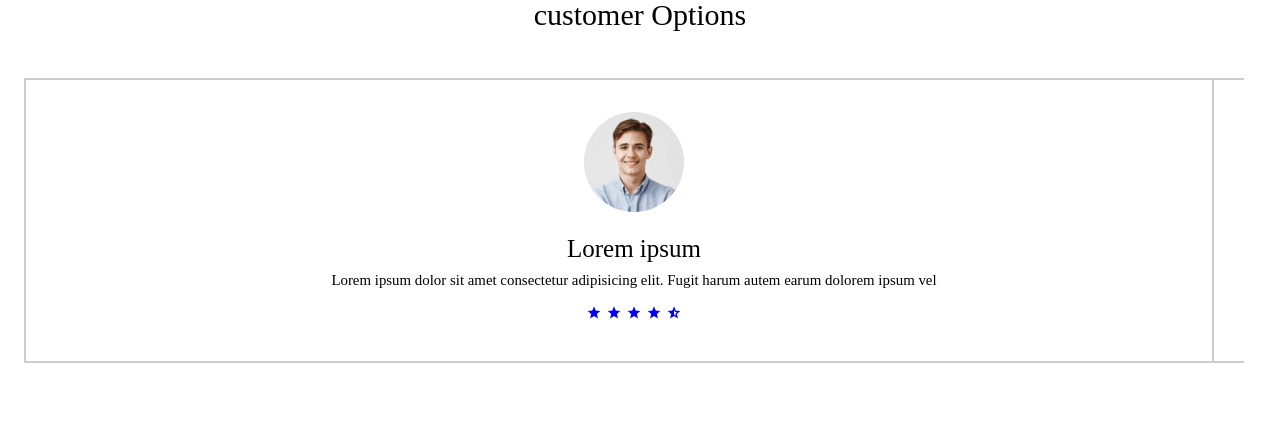
Repository: dinhhaidh/slider-3
Page: index.html
These files come from the project's save history. The page is drawn as it stood at one moment and after a run of saves; the edit follows.
The browser window is 1280 px wide. The pictures show the whole page.

Above is the page before, as saved 2024-03-22 21:16:55.

### index.html
<!DOCTYPE html>
<html lang="en">
<head>
    <meta charset="UTF-8">
    <meta name="viewport" content="width=device-width, initial-scale=1.0">
    <title>Document</title>
    <link rel="stylesheet" href="https://cdnjs.cloudflare.com/ajax/libs/remixicon/4.2.0/remixicon.min.css">

    <link rel="stylesheet" href="./css/swiper-bundle.min.css">

    <link rel="stylesheet" href="./css/style.css">

</head>
<body>
    <div class="customer">
        <h3 class="customer__title">customer Options</h3>
        <div class="customer__container container">
            <div class="customer__swiper swiper">
                <div class="swiper-wrapper">
                    <article class="customer__article swiper-slide">
                        <img src="./img1.png" alt="image" class="customer__img">

                        <h2 class="customer__heading">Lorem ipsum</h2>
                        <p>
                            Lorem ipsum dolor sit amet consectetur adipisicing elit. Fugit harum autem earum dolorem ipsum vel
                        </p>
                        <div class="customer__star">
                            <i class="ri-star-s-fill"></i>
                            <i class="ri-star-s-fill"></i>
                            <i class="ri-star-s-fill"></i>
                            <i class="ri-star-s-fill"></i>
                            <i class="ri-star-half-s-line"></i>
                        </div>
                    </article>
                    <article class="customer__article swiper-slide">
                        <img src="./img1.png" alt="image" class="customer__img">

                        <h2 class="customer__heading">Lorem ipsum</h2>
                        <p>
                            Lorem ipsum dolor sit amet consectetur adipisicing elit. Fugit harum autem earum dolorem ipsum vel
                        </p>

                        <div class="customer__star">
                            <i class="ri-star-s-fill"></i>
                            <i class="ri-star-s-fill"></i>
                            <i class="ri-star-s-fill"></i>
                            <i class="ri-star-s-fill"></i>
                            <i class="ri-star-half-s-line"></i>
                        </div>
                    </article>

                    <article class="customer__article swiper-slide">
                        <img src="./img1.png" alt="image" class="customer__img">

                        <h2 class="customer__heading">Lorem ipsum</h2>
                        <p>
                            Lorem ipsum dolor sit amet consectetur adipisicing elit. Fugit harum autem earum dolorem ipsum vel
                        </p>

                        <div class="customer__star">
                            <i class="ri-star-s-fill"></i>
                            <i class="ri-star-s-fill"></i>
                            <i class="ri-star-s-fill"></i>
                            <i class="ri-star-s-fill"></i>
                            <i class="ri-star-half-s-line"></i>
                        </div>
                    </article>
                </div>
            </div>
            <!-- If we need pagination -->
            <div class="swiper-pagination"></div>
        </div>
    </div>


    <script src="./js/swiper-bundle.min.js"></script>
    <script src="./js/app.js"></script>
</body>
</html>

### css/style.css
*,
*:before,
*:after {
  box-sizing: border-box;
}
* {
  margin: 0;
  padding: 0;
  font: inherit;
}
img,
picture,
svg,
video {
  display: block;
  max-width: 100%;
}
input,
select,
textarea {
  background-color: transparent;
  outline: none;
}
button {
  cursor: pointer;
  background-color: transparent;
  outline: none;
  border: 0;
}
body {
  min-height: 100vh;
  font-weight: 400;
  font-size: 16px;
  line-height: 1;
}


.container{
    max-width: 1220px;
    Margin-inline: 1.5rem;
}


.customer__title{
    text-align: center;
    margin-bottom: 3rem;
    font-size: 30px;
}

.customer__article{
  text-align: center;
    padding: 2rem 3rem 2.5rem;
    background-color: #fff;
    border: 2px solid #ccc;
    transition: border .4s, background-color .4s;
}
.customer__img{
    width: 100px;
    border-radius: 50%;
    margin: 0 auto 1.5rem;
}
.customer__heading{
  font-size: 25px;
  margin-bottom: 0.75rem;
}
.customer__article p {
    margin-bottom: 1rem;
    text-align: center;
    font-size: 0.93rem;
}
.customer__star {
  color: blue;
}

### js/app.js
// let swiperCustomer = new Swiper('.customer__swiper', {
//     loop: true,
//     spaceBetween: 16,
//     slidesPerView: 'auto',
//     centeredSlides: 'auto',

//     breakpoints: {
//         1150: {
//             slidesPerView: 3,
//             centeredSlides: false,
//         },
//     }
// });

// let swiperCustomer = new Swiper('.customer__swiper', {
//     loop: true,
//     spaceBetween: 16,
//     slidesPerView: 'auto',
//     centeredSlides: 'auto',

//     navigation: {
//         nextEl: '.swiper-button-next',
//         prevEl: '.swiper-button-prev',
//     },

//     breakpoints: {
//         1150: {
//             slidesPerView: 3,
//             centeredSlides: false,
//         }
//     }
// });

let swiperCustomer = new Swiper('.customer__swiper', {
    loop: true,
    spaceBetween: -24,
    slidesPerView: 'auto',
    centeredSlides: 'auto',

    autoplay: {
        delay: 3000,
        disableOnInteraction: false,
    },

    breakpoints: {
        1220: {
            spaceBetween: -32,
        }
    }
});

Loaded but not shown: css/swiper-bundle.min.css (library); js/swiper-bundle.min.js (library)

After the next 2 saves:
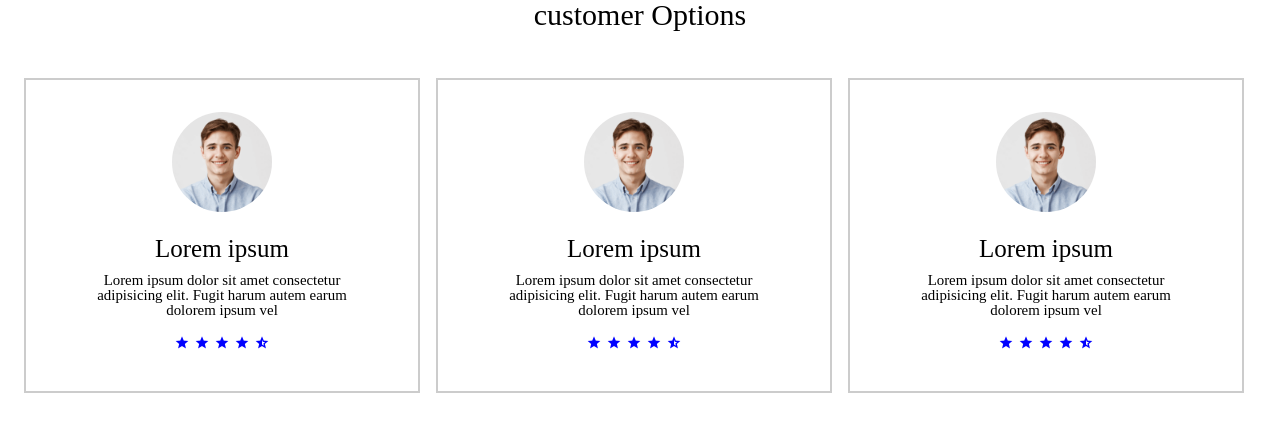
The 2 saves are shown as one change because they came seconds apart.
The last was saved 27 s later.
--- a/js/app.js
+++ b/js/app.js
@@ -12,39 +12,21 @@
 //     }
 // });
 
-// let swiperCustomer = new Swiper('.customer__swiper', {
-//     loop: true,
-//     spaceBetween: 16,
-//     slidesPerView: 'auto',
-//     centeredSlides: 'auto',
-
-//     navigation: {
-//         nextEl: '.swiper-button-next',
-//         prevEl: '.swiper-button-prev',
-//     },
-
-//     breakpoints: {
-//         1150: {
-//             slidesPerView: 3,
-//             centeredSlides: false,
-//         }
-//     }
-// });
-
 let swiperCustomer = new Swiper('.customer__swiper', {
     loop: true,
-    spaceBetween: -24,
+    spaceBetween: 16,
     slidesPerView: 'auto',
     centeredSlides: 'auto',
 
-    autoplay: {
-        delay: 3000,
-        disableOnInteraction: false,
+    navigation: {
+        nextEl: '.swiper-button-next',
+        prevEl: '.swiper-button-prev',
     },
 
     breakpoints: {
-        1220: {
-            spaceBetween: -32,
+        1150: {
+            slidesPerView: 3,
+            centeredSlides: false,
         }
     }
 });
